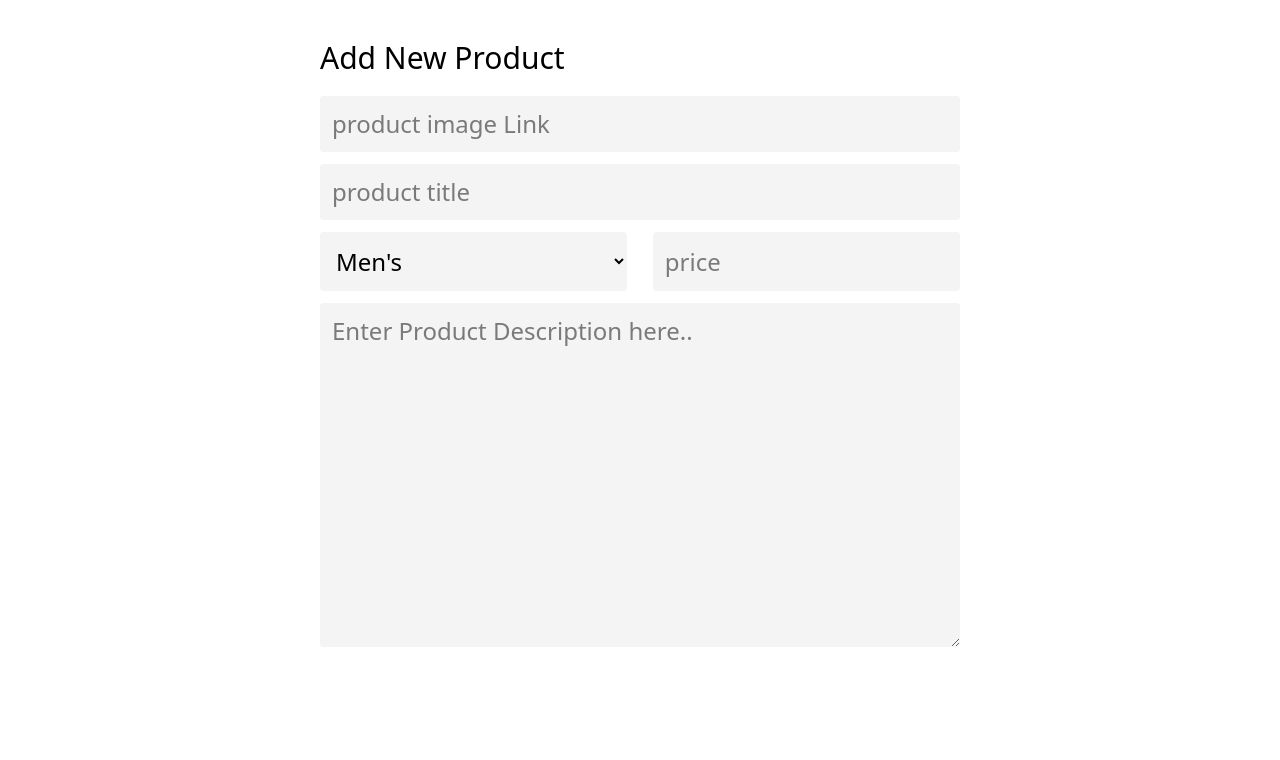
Repository: Habeebur1493/project
Page: /create
The author's editor kept a copy of each file at every save. The page is drawn from the files as they stood at one save, then again after the next save.
The browser window is 1280 px wide. The pictures show the whole page.
The page's requests for data from a server got no answer. The project was rebuilt for these pictures with package versions that can differ from the ones it lists, and the page was loaded fresh each time. No one was signed in, and anything a server would have sent is missing. Also part of the build but not shown: vite.config.js, src/Components/Login.jsx, src/Components/Nav.jsx, src/Components/Loading.jsx, src/Components/Home.jsx, src/Components/Details.jsx, src/Components/About.jsx, src/Components/Services.jsx and 1 more.

Above is the page before, as saved 2025-01-31 22:40:10.

### index.html
<!doctype html>
<html lang="en">
  <head>
    <meta charset="UTF-8" />
    <meta name="viewport" content="width=device-width, initial-scale=1.0" />
    <title>Project</title>
  </head>
  <body>
    <div id="root"></div>
    <script type="module" src="/src/main.jsx"></script>
  </body>
</html>

### src/main.jsx
import React from "react";
import { createRoot } from "react-dom/client";
import App from "./App.jsx";
import { BrowserRouter } from "react-router-dom";
import Context from "./Components/utils/Context.jsx";

createRoot(document.getElementById("root")).render(
  <Context>
    <BrowserRouter>
      <App />
    </BrowserRouter>
    </Context>

);

### src/App.jsx
import React from "react";
import "./App.css";
import { Route, Routes } from "react-router-dom";
import Login from "./Components/Login.jsx";
import Home from "./Components/Home.jsx";
import Details from "./Components/Details.jsx";
import About from "./Components/About.jsx";
import Services from "./Components/Services.jsx";
import Contact from "./Components/Contact.jsx";
import Create from "./Components/Create.jsx";


const App = () => {
  return (
    <div className="h-screen w-screen flex">
      <Routes>
        <Route path="/" element={<Login />} />
        <Route path="/Home" element={<Home />} />
        <Route path="/create" element={<Create />} />
        <Route path="/details/:id" element={<Details />} />
        <Route path="/About" element={<About />} />
        <Route path="/Services" element={<Services />} />
        <Route path="/Contact" element={<Contact />} />
      </Routes>
    </div>
  );
};

export default App;

### src/Components/utils/Context.jsx
import React, { createContext, useEffect, useState } from "react";
import axios from "axios";

export const ProductContext = createContext();

const Context = ({children}) => {
  const [products, setproducts] = useState([]);

  const getproducts = async () => {
    try {
      const { data } = await axios.get("https://fakestoreapi.com/products");
      setproducts(data);
    } catch (error) {
      console.log( "Error Fetching products"  ,error);
    }
  };

  useEffect(() => {
    getproducts();
  }, []);

  return (
    <ProductContext.Provider value={{products, setproducts}}>
      {children}
    </ProductContext.Provider>
  );
};

export default Context;

### src/Components/Create.jsx
import React, { useState } from "react";

const Create = () => {
  const [title, settitle] = useState("");
  const [price, setprice] = useState("");
  const [category, setcategory] = useState("");
  const [description, setdescription] = useState("");
  const [image, setimage] = useState("");
  return (
    <form
      action=""
      className="mt-10 flex flex-col p[5%] items-center w-screen  h-screen"
    >
      <h1 className="mb-5 w-1/2 text-3xl">Add New Product</h1>
      <input
        type="url"
        placeholder="product image Link"
        className="mb-3 text-2xl bg-zinc-100 rounded p-3 w-1/2"
        onChange={(e) => setimage(e.target.value)}
        value={image}
      />
      <input
        type="text"
        placeholder="product title"
        className="mb-3 text-2xl bg-zinc-100 rounded p-3 w-1/2"
        onChange={(e) => settitle(e.target.value)}
        value={title}
      />
      <div className="w-1/2 flex justify-between">
        <select name="category" id="category"
        className="mb-3 text-2xl bg-zinc-100 rounded p-3 w-[48%]"
        onChange={(e) => setcategory(e.target.value)}
        value={category}
        >
            <option value="men">Men's</option>
            <option value="women">Women's</option>
            <option value="kids">Kids's</option>
            <option value="cosmetics">Cosmetics</option>
            <option value="electronics">Electronics</option>
            <option value="accessories">Accessories</option>
            <option value="shoes">Shoes</option>
            <option value="others">Others</option>
        </select>
        <input
          type="text,number,symbol"
          placeholder="price"
          className="mb-3 text-2xl bg-zinc-100 rounded p-3 w-[48%]"
          onChange={(e) => setprice(e.target.value)}
          value={price}
        />
      </div>
      <textarea
        name=""
        id=""
        rows="10"
        placeholder="Enter Product Description here.."
        className="b-3 text-2xl bg-zinc-100 rounded p-3 w-1/2"
        onChange={(e) => setdescription(e.target.value)}
        value={description}
      ></textarea>
    </form>
  );
};

export default Create;

Loaded but not shown: src/App.css (common file)

After the next save:
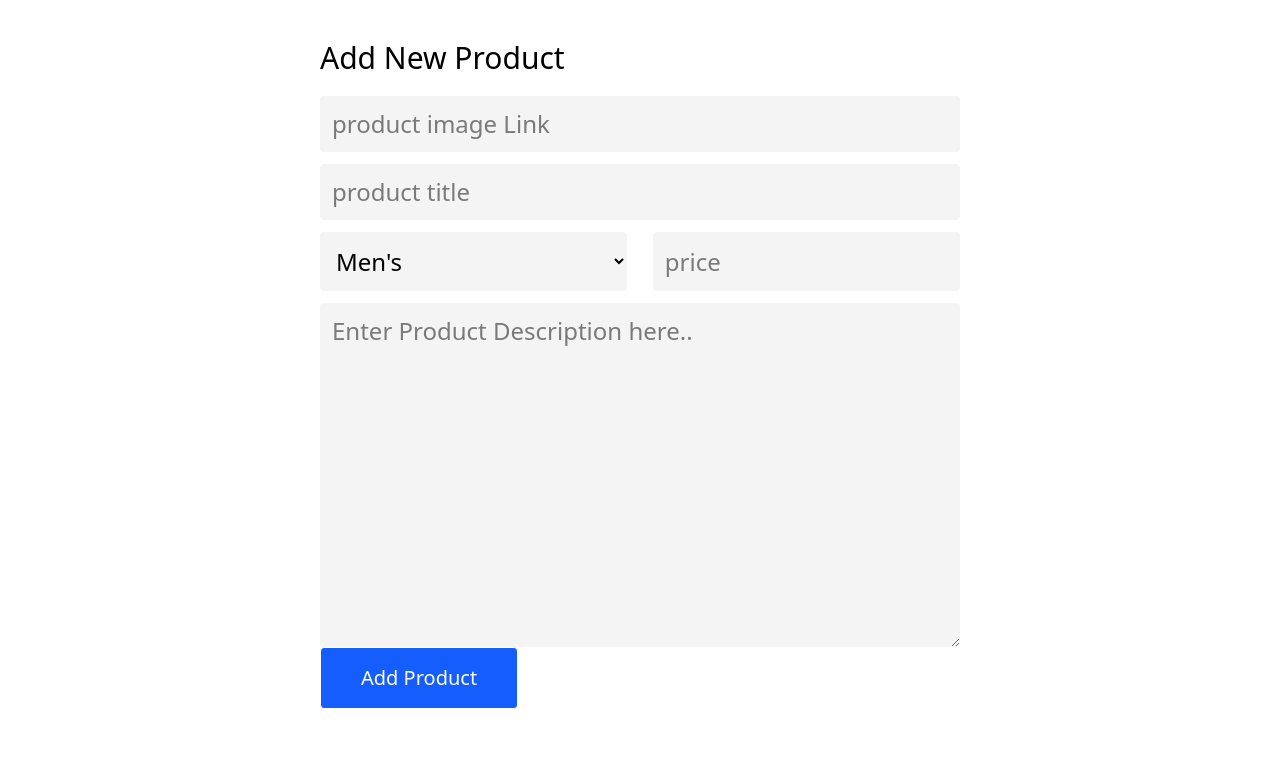
Saved 116 s later.
--- a/src/Components/Create.jsx
+++ b/src/Components/Create.jsx
@@ -58,6 +58,12 @@ const Create = () => {
         onChange={(e) => setdescription(e.target.value)}
         value={description}
       ></textarea>
+        <div className="w-1/2">
+        <button
+            className='py-4 px-10 border rounded text-white text-xl bg-blue-600'>
+            Add Product</button>
+        </div>
+
     </form>
   );
 };
